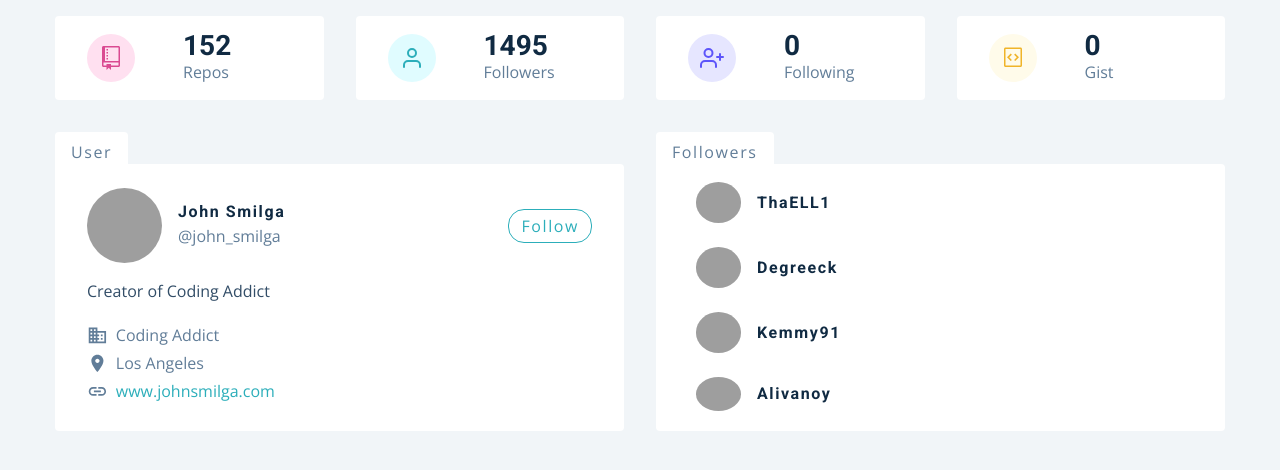
Repository: MateuszWorek/react-search-github-users
Page: /
The author's editor kept a copy of each file at every save. The page is drawn from the files as they stood at one save, then again after the next save.
The browser window is 1280 px wide. The pictures show the whole page.
Pictures or frames that could not be fetched are drawn as grey boxes. The project was rebuilt for these pictures with package versions that can differ from the ones it lists, and the page was loaded fresh each time. Also part of the build but not shown: src/components/Charts/ExampleChart.js, src/components/Charts/Column3D.js, src/components/Charts/Bar3D.js, src/components/Charts/Pie3D.js, src/components/Charts/Doughnut2d.js, src/components/Charts/index.js, src/components/Repos.js, src/components/Search.js and 5 more.

Above is the page before, as saved 2021-01-26 20:21:05.

After the next save:
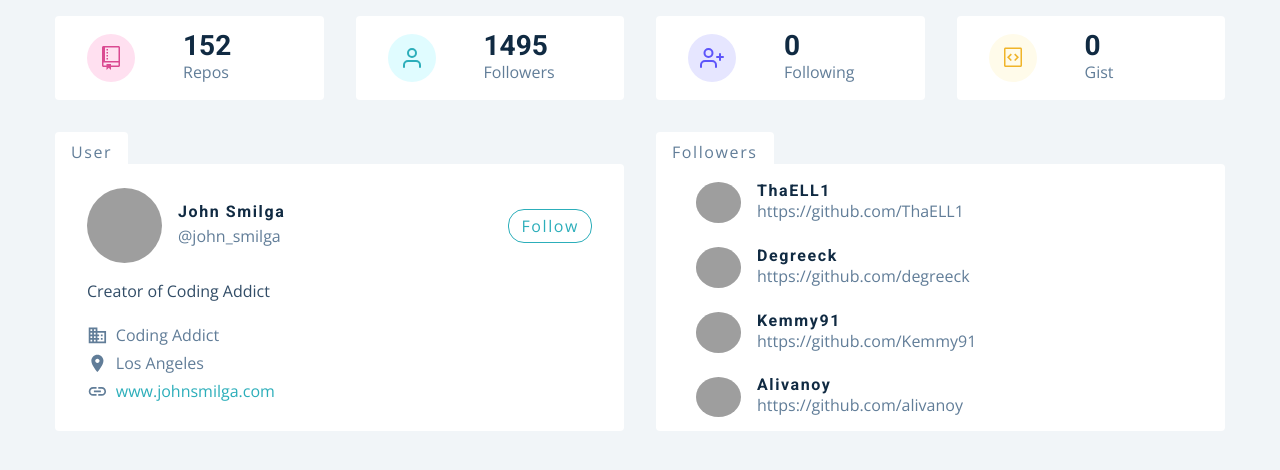
Saved 40 s later.
--- a/src/components/Followers.js
+++ b/src/components/Followers.js
@@ -16,6 +16,7 @@ const Followers = () => {
               <img src={ img } alt={ login } />
               <div>
                 <h4>{ login }</h4>
+                <a href={ html_url }>{ html_url }</a>
               </div>
             </article>
           )
